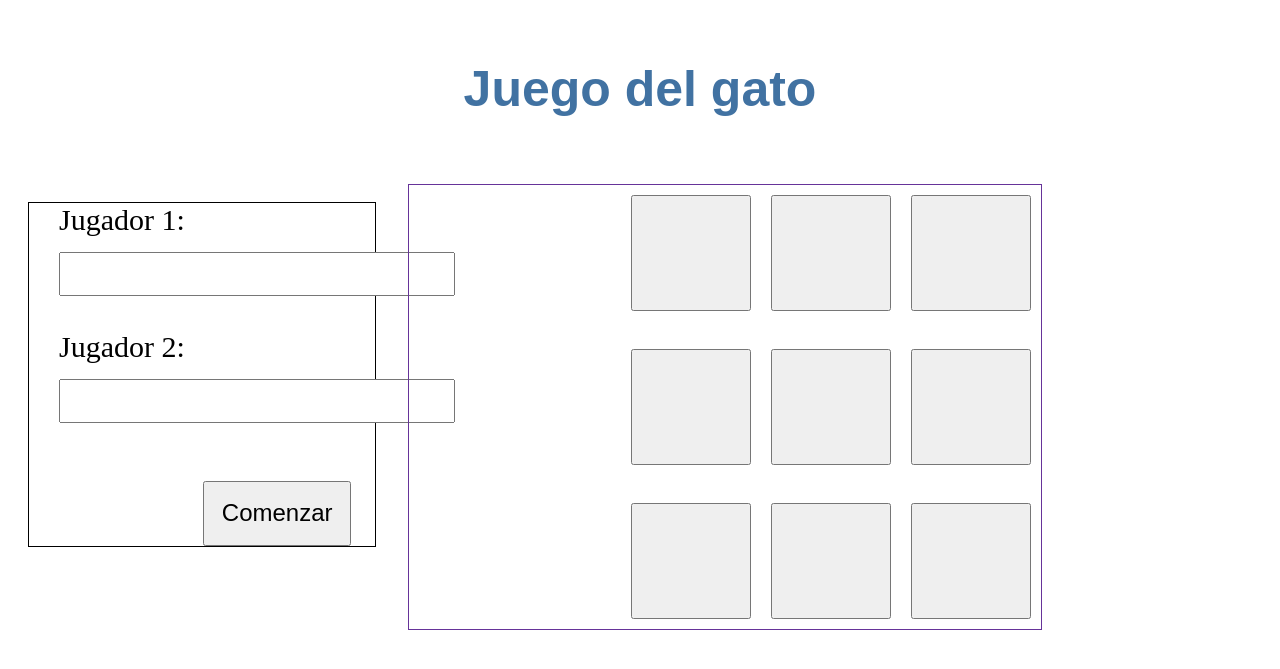
Repository: franciscamanquecheo/Taller-2
Page: / (app in vite-project/)
These files come from the project's save history. The page is drawn as it stood at one moment and after the next save; the edit follows.
The browser window is 1280 px wide. The pictures show the whole page.
The project was rebuilt for these pictures with package versions that can differ from the ones it lists, and the page was loaded fresh each time. Also part of the build but not shown: vite-project/vite.config.ts.

Above is the page before, as saved 2022-06-17 18:08:32.

### vite-project/src/App.vue
<script setup lang="ts">
// This starter template is using Vue 3 <script setup> SFCs
// Check out https://vuejs.org/api/sfc-script-setup.html#script-setup
import HelloWorld from './components/HelloWorld.vue'
</script>

<template>
 <h1>Juego del gato</h1>
<section>
 <article id="comandos">
  Jugador 1:

  <input type="text" id="jugador1"><br><br>
  Jugador 2:
  <input type="text" id="jugador 2"><br><br>
  <input type="button" id="comenzar" value="Comenzar">
  <label id="TurnoJugador"></label>
 </article>
  <article id="Tablero">
    <input type="button" id="casilla1">
    <input type="button" id="casilla2">
    <input type="button" id="casilla3"><br><br>

    <input type="button" id="casilla4">
    <input type="button" id="casilla5">
    <input type="button" id="casilla6"><br><br>

    <input type="button" id="casilla7">
    <input type="button" id="casilla8">
    <input type="button" id="casilla9">



  </article>











</section>
</template>

<style>
h1 {
  font-family: Arial, Helvetica, sans-serif;
  -webkit-font-smoothing: antialiased;
  -moz-osx-font-smoothing: grayscale;
  text-align: center;
  color: #4172a2;
  margin-top: 60px;
  font-size: 50px;

}
article#comandos{
  margin-top: 50px;

  display: inline-block;
  text-align: left;
  border: 1px solid black;
  margin-left: 20px;
font-size: 30px;
vertical-align: top;
min-height: 300px;
width: 25%;
padding-left: 1em;
}
article#Tablero{

  display: inline-block;
 border: 1px solid rebeccapurple;
  margin: 2em;
  width: 50%;
   text-align: right;
}
article#Tablero input{

  font-size: 6em;
  height: 100 px;
  width: 120px;
  margin: 10px;

}
input[type="text"]{
  margin-top: 15px;
  font-size: 1em;
  margin: 0.2 em;
  padding: 0.1em;
}
input[type="button"]#comenzar{
  font-size: 0.8em;
  margin-top: 1em;
  padding: 0.7em;
  margin-left: 6em;

}



section{
  display: inline-block;
  margin: 0 auto;

  width: 100%;
}
template{
  background-color: #2c3e50;
}
</style>

Loaded but not shown: vite-project/index.html (common file); vite-project/src/main.ts (common file)

After the next save:
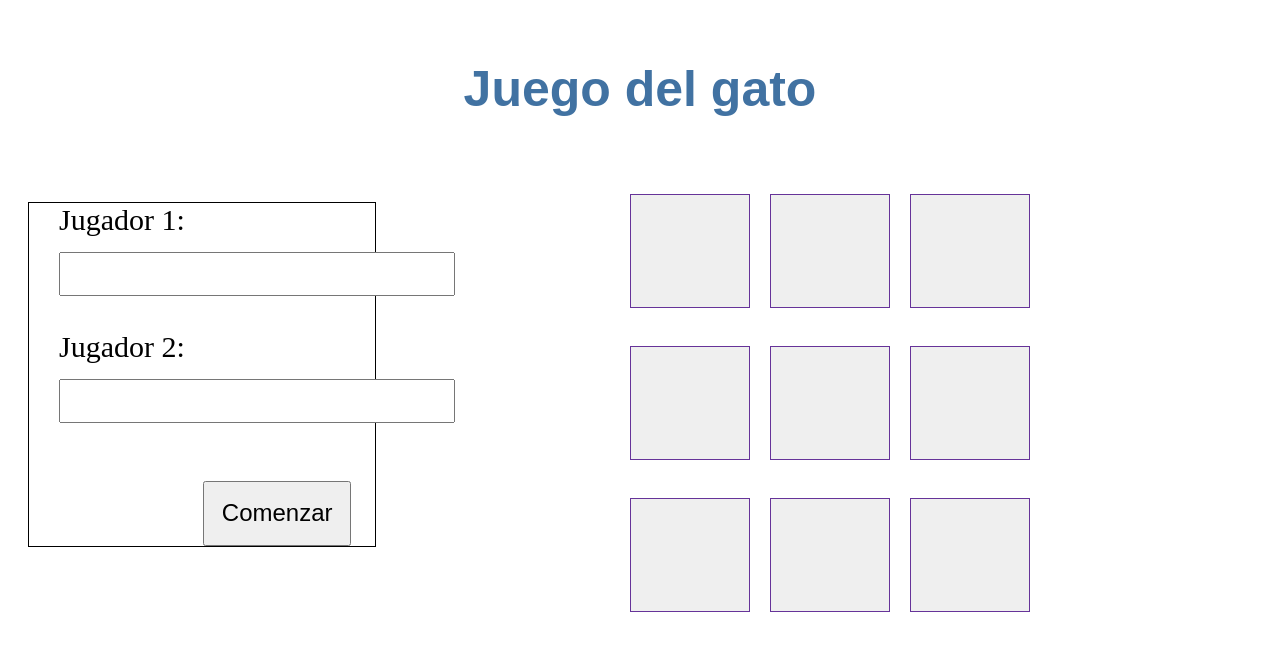
Saved 9 s later.
--- a/vite-project/src/App.vue
+++ b/vite-project/src/App.vue
@@ -73,13 +73,13 @@ padding-left: 1em;
 article#Tablero{
 
   display: inline-block;
- border: 1px solid rebeccapurple;
+
   margin: 2em;
   width: 50%;
    text-align: right;
 }
 article#Tablero input{
-
+border: 1px solid rebeccapurple;
   font-size: 6em;
   height: 100 px;
   width: 120px;
